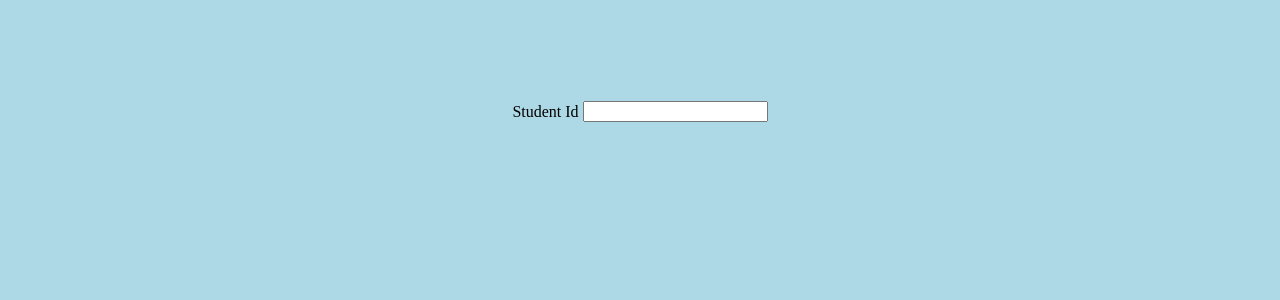
Repository: Rajkishorvarma/Servlets-Projects
Page: app28/WebContent/searchform.html
These files come from the project's save history. The page is drawn as it stood at one moment and after the next save; the edit follows.
The browser window is 1280 px wide. The pictures show the whole page.

Above is the page before, as saved 2020-02-29 19:46:04.

### app28/WebContent/searchform.html
<!DOCTYPE html PUBLIC "-//W3C//DTD HTML 4.01 Strict//EN" "http://www.w3.org/TR/html4/strict.dtd">
<html>
<head>
<meta http-equiv="Content-Type" content="text/html; charset=ISO-8859-1">
<title>Insert title here</title>
</head>
<body bgcolor="lightblue">
<br><br><br><br><br>
<form method="post" action="search.do">
<table align="center">
<tr>
	<td>Student Id</td>
	<td><input type="text" name="sid"></td>
</tr>
</table>
</form>
</body>
</html>

After the next save:
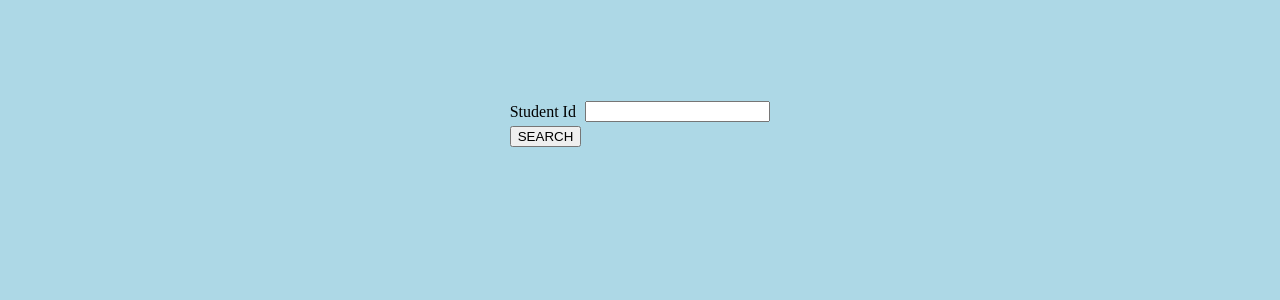
Saved 57 s later.
--- a/app28/WebContent/searchform.html
+++ b/app28/WebContent/searchform.html
@@ -12,6 +12,9 @@
 	<td>Student Id</td>
 	<td><input type="text" name="sid"></td>
 </tr>
+<tr>
+	<td><input type="submit" value="SEARCH"></td>
+</tr>
 </table>
 </form>
 </body>
